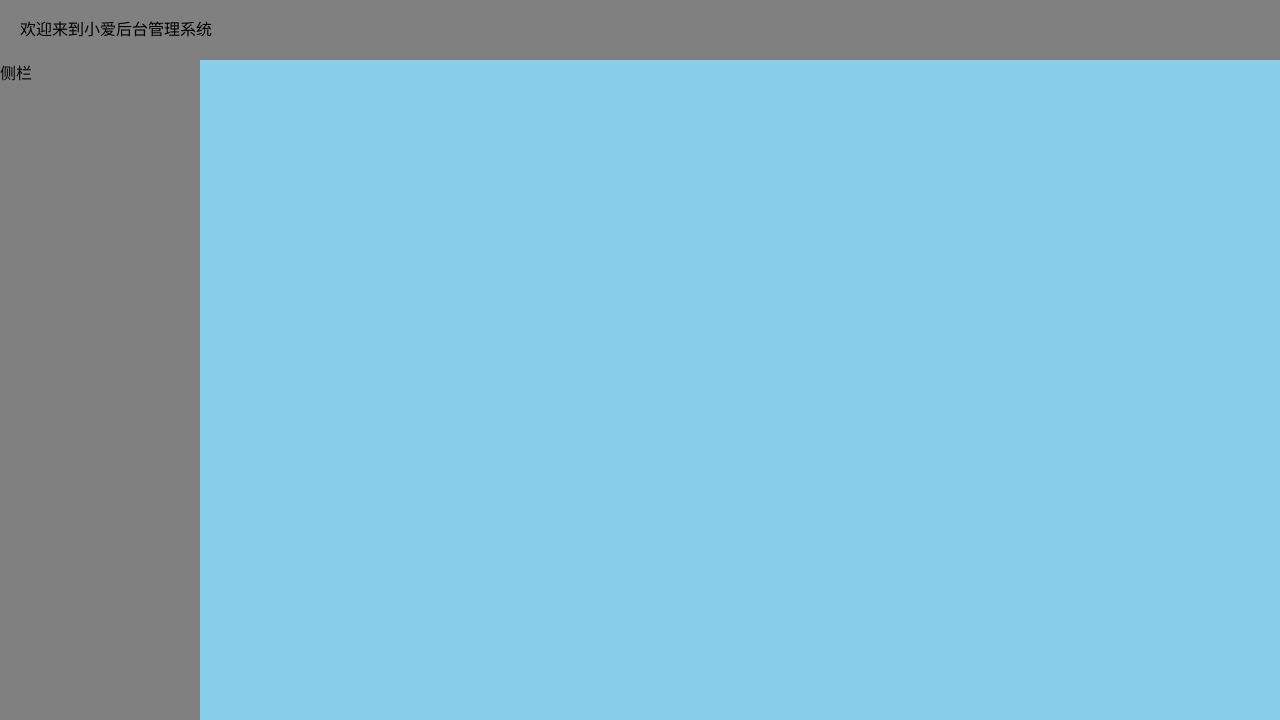
Repository: heyegang/vuex
Page: /
The author's editor kept a copy of each file at every save. The page is drawn from the files as they stood at one save, then again after the next save.
The browser window is 1280 px wide. The pictures show the whole page.
The project was rebuilt for these pictures with package versions that can differ from the ones it lists, and the page was loaded fresh each time. Also part of the build but not shown: vue.config.js.

Above is the page before, as saved 2021-01-06 11:39:53.

### src/main.js
import Vue from "vue";
import App from "./App.vue";
import router from "./router";
import store from "./store";
import ElementUI from "element-ui";
import "element-ui/lib/theme-chalk/index.css"

Vue.use(ElementUI)
Vue.config.productionTip = false;

new Vue({
  router,
  store,
  render: h => h(App)
}).$mount("#app");

### src/App.vue
<template>
  <div id="app">
    <router-view />
  </div>
</template>

<style lang="scss">
*{
  margin: 0;
  padding: 0;
}
html,body,#app{
  height: 100%;
}
</style>

### src/router/index.js
import Vue from "vue";
import VueRouter from "vue-router";
import Home from "../views/Home.vue";
import Layout from "../views/layout/Layout.vue";

Vue.use(VueRouter);

const routes = [{
   path:"",
  component:Layout,
  children:[{
    path: "/",
    name: "Home",
    component: Home
  },

  ]},
  {
    path: "/login",
    name: "login",
    component: () => import('../views/login/Login.vue')
  },
];

const router = new VueRouter({
  mode: "history",
  base: process.env.BASE_URL,
  routes
});

export default router;

### src/store/index.js
import Vue from "vue";
import Vuex from "vuex";
import user from "./user"

Vue.use(Vuex);

export default new Vuex.Store({
  state: {
    // 存放数据
  },
  mutations: {
    // 同步修改state
  },
  actions: {},
  modules: {
    // 代表模块
    user
  }
});

### src/views/Home.vue
<template>
  <div></div>
</template>

<script>
export default {
  name: '',
  props:{},
  data () {
    return {
    }
  },
  components: {},
  methods: {},
  mounted() {},
  computed: {},
  watch: {}
}
</script>

<style lang='scss' scoped>

</style>

### src/views/layout/Layout.vue
<template>
    <div>
        <el-container>
        <el-header>
            <nav-header></nav-header>
        </el-header>
        <el-container>
            <el-aside width="200px">
                <nav-sidebar></nav-sidebar>
            </el-aside>
            <el-main>
                <router-view></router-view>
            </el-main>
        </el-container>
        </el-container>
    </div>
</template>

<script>
import NavHeader from "../../components/navheader/NavHeader"
import NavSidebar from "../../components/navsidebar/NavSidebar"
export default {
  name: '',
  props:{},
  data () {
    return {
    }
  },
  components: {
      NavHeader,
      NavSidebar,
  },
  methods: {},
  mounted() {},
  computed: {},
  watch: {}
}
</script>

<style lang='scss' scoped>
  .el-header, .el-footer {
    line-height: 60px;
    background-color: gray;
  }

  .el-aside {
    position: fixed;
    top: 60px;
    bottom: 0;
    background-color: gray;
  }

  .el-main {
    position: fixed;
    bottom: 0;
    right: 0;
    top: 60px;
    left: 200px;
    background-color: skyblue;


  }

  body > .el-container {
    margin-bottom: 40px;
  }

  .el-container:nth-child(5) .el-aside,
  .el-container:nth-child(6) .el-aside {
    line-height: 260px;
  }

  .el-container:nth-child(7) .el-aside {
    line-height: 320px;
  }
</style>

### src/store/user.js
import { Message } from "element-ui";
import api from '../http/api';
import router from '../router'

export default {
    namespaced:true,
    // 开启命名空间

    state: {
        // 存放数据
        users:[]
      },
      mutations: {
        // 同步修改state
        setUsers(state,data){
            state.user = data
        }
      },
      actions: {
        //   发请求
        // 所有的方法
        // 登录 每一个action的方法都有两个参数 第一个是store 第二个是请求的参数
        // store可以解构为commit dispatch(提交另外一个action)
        async login(_,params){
            let res = await api.login(params)
            if(res.meta.status === 200){
                // 请求成功 存用户 跳转路由 提示用户
                localStorage.setItem('user', JSON.stringify(res.data))
                localStorage.setItem('token', res.data.token)
                Message.success('登录成功')
                router.push('/')
            } else {
                Message.error(res.meta.msg)
            }
        },
        async getUsers({commit},params){
            let res = await api.getUsers(params)
            if(res.meta.status === 200) {
                commit('setUsers',res.data)
            }else {
                Message.error(res.meta.msg)
            }
        }
      },
}

### src/components/navheader/NavHeader.vue
<template>
  <div class="top">
      <div>
          欢迎来到小爱后台管理系统
      </div>
      <div class="box">
      </div>
      <div>

      </div>
  </div>
</template>

<script>
export default {
  name: '',
  props:{},
  data () {
    return {
    }
  },
  components: {},
  methods: {
},
  mounted() {
  },
  computed: {},
  watch: {
  },
}
</script>

<style lang='scss' scoped>
.top{
    display: flex;
}
.box{
    width: 200px;
}
</style>

### src/components/navsidebar/NavSidebar.vue
<template>
  <div>
      侧栏
  </div>
</template>

<script>
export default {
  name: '',
  props:{},
  data () {
    return {
    }
  },
  components: {},
  methods: {},
  mounted() {},
  computed: {},
  watch: {}
}
</script>

<style lang='scss' scoped>

</style>

### src/http/api.js
import http from './index'

export default{
     login({username,password}){
        return http.post('/login',{
            username,
            password
        })
     },
     getUsers({pagenum,pagesize,query}){
         if(query){
             return http.get(`/users?pagenum=${pagenum}&pagesize=${pagesize}&query=${query}`)
         } else {
             return http.get(`/users?pagenum=${pagenum}&pagesize=${pagesize}`)
         }

     },
}

### src/http/index.js
import axios from 'axios'
import nprogress from 'nprogress'
import 'nprogress/nprogress.css'
import {Message} from 'element-ui'

// 需要区分当前环境是开发环境(development)还是生产环境(production)
let isPro = process.env.NODE_ENV === 'productin'

const http = axios.create({
    baseURL: isPro ? '线上接口路径':'/api',
    timeout:10000
})

// 请求拦截
http.interceptors.request.use(config =>{
    nprogress.start()
    // 配置token token是鉴权的一种方式
    // 在登陆成功后 会返回当前用户的token 存在本地
    // 可用（百度：js加密插件）加密插件加密token
    let token = localStorage.getItem('token')
    // 账号密码和token分开存
    if(token){
        config.headers.Authorization = token
    }
    return config
},err =>{
    nprogress.done()
    return Promise.reject(err)
})

// 响应拦截
http.interceptors.response.use(res => {
    nprogress.done()
    return res.data
},err => {

    // 请求失败
    let status = err.response && err.response.status
    // 状态码
    if (status === 400) {
        Message.error('参数错误')
    }
    if (status === 401) {
        Message.error('没有权限')
    }
    if (status === 403) {
        Message.error('登录过期')
    }
    if (status === 404) {
        Message.error('路径错误')
    }
    if (status === 500) {
        Message.error('服务器错误')
    }
    if (status === 403) {
        Message.error('服务器在维护')
    }
    return Promise.reject(err)
})


export default http

Loaded but not shown: public/index.html (common file)

After the next save:
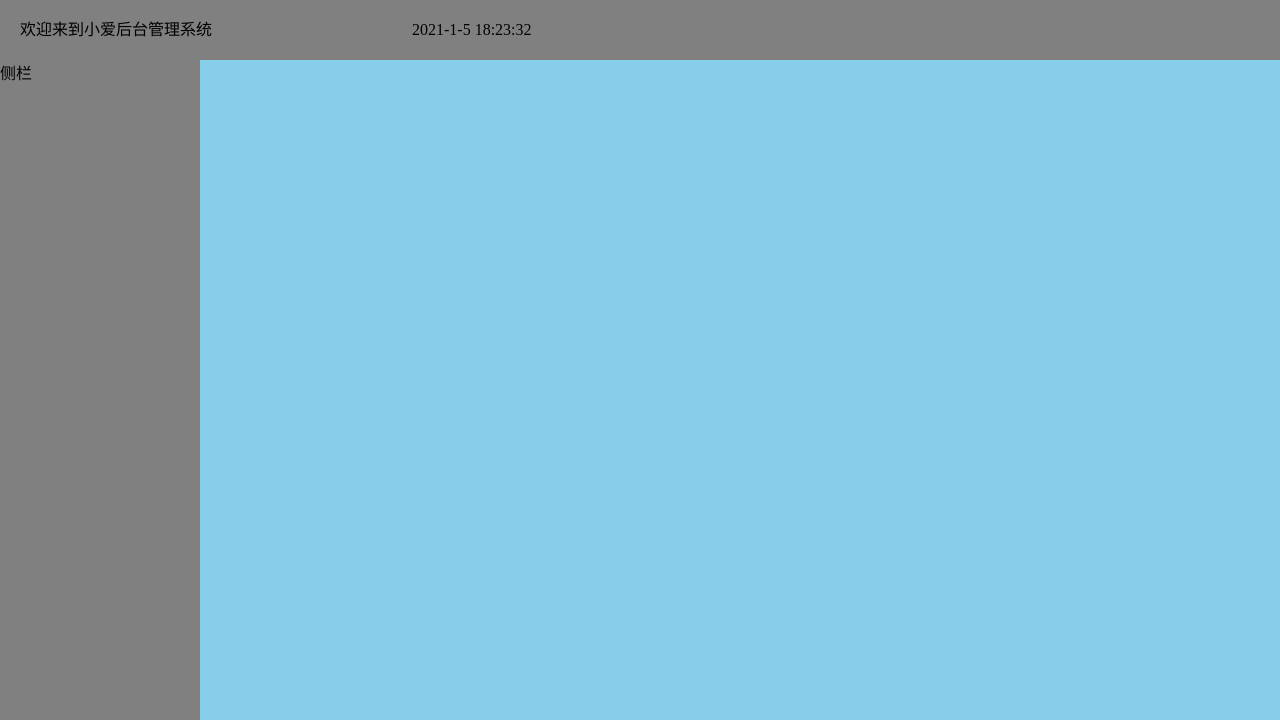
Saved 3 min 45 s later.
--- a/src/components/navheader/NavHeader.vue
+++ b/src/components/navheader/NavHeader.vue
@@ -6,7 +6,7 @@
       <div class="box">
       </div>
       <div>
-
+        {{times}}
       </div>
   </div>
 </template>
@@ -17,16 +17,42 @@ export default {
   props:{},
   data () {
     return {
+      times:'',//格式化之后的当前时间
+      currentTime: new Date() //当前时间
     }
   },
   components: {},
   methods: {
-},
+    getTimes(){
+      setInterval(this.getTimesInterval, 1000);
+    },
+    getTimesInterval:function() {
+      let _this = this;
+      let year = new Date().getFullYear(); //获取当前时间的年份
+      let month = new Date().getMonth() + 1; //获取当前时间的月份
+      let day = new Date().getDate(); //获取当前时间的天数
+      let hours = new Date().getHours(); //获取当前时间的小时
+      let minutes = new Date().getMinutes(); //获取当前时间的分数
+      let seconds = new Date().getSeconds(); //获取当前时间的秒数
+      //当小于 10 的是时候，在前面加 0
+      if (hours < 10) {
+        hours = "0" + hours;
+      }
+      if (minutes < 10) {
+        minutes = "0" + minutes;
+      }
+      if (seconds < 10) {
+        seconds = "0" + seconds;
+      }
+      //拼接格式化当前时间
+      _this.times = year + "-" + month + "-" + day + " " + hours + ":" + minutes + ":" + seconds;
+    },
+  },
   mounted() {
+    this.getTimes()
   },
   computed: {},
-  watch: {
-  },
+  watch: {},
 }
 </script>
 
